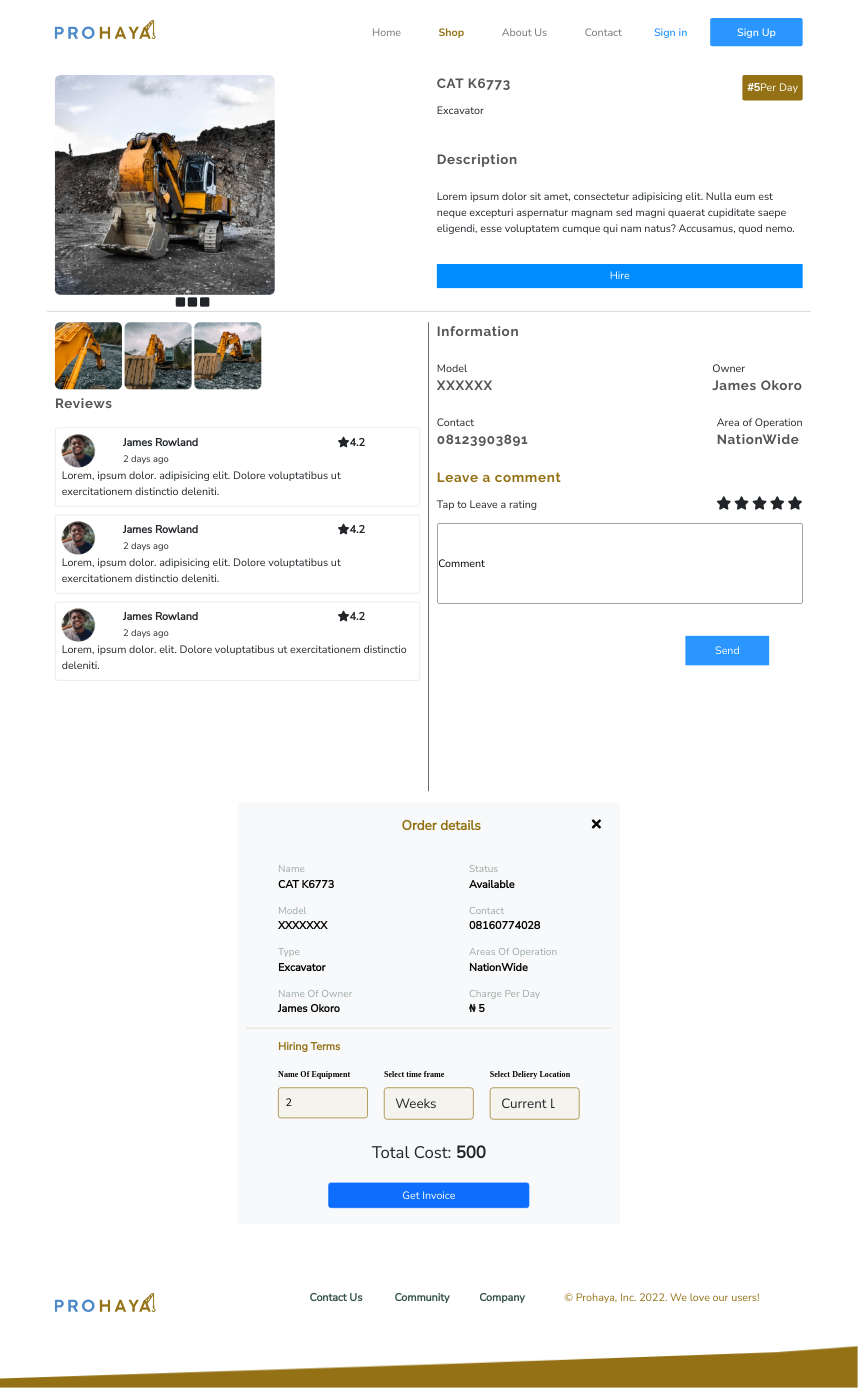
Repository: stormcelltech/Prohaya-UI
Page: equipdetails.html
An editor plug-in stored every save of this project. The page is shown before and after the next save, followed by the edit.
The browser window is 1280 px wide. The pictures show the whole page, at 67% of full size.
Some web libraries are served in a nearby version.

Above is the page before, as saved 2022-04-21 04:30:05.
Console error: TypeError: $(...).owlCarousel is not a function

After the next save:
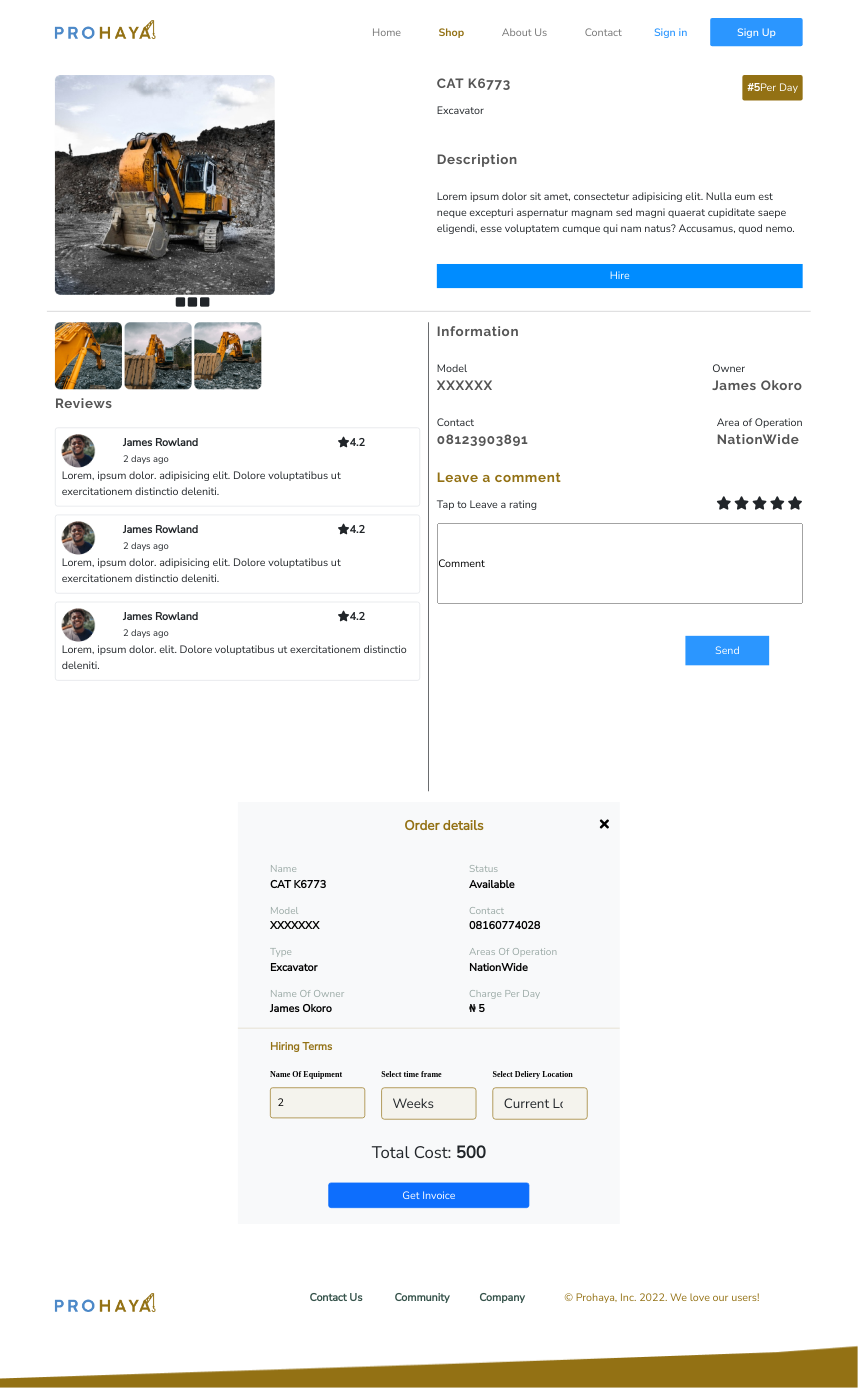
Saved 21 s later.
--- a/equipdetails.html
+++ b/equipdetails.html
@@ -174,7 +174,7 @@
     <section class="">
         <div class="container">
             <div class="row justify-content-center">
-                <div class="col-md-6 bg-light">
+                <div class="col-md-6 bg-light p-0">
                     <div class="row  custom-order px-3">
                         <div class="col-8 my-4"><span class="custom-det my-4">Order details</span></div>
                         <div class="col-4 my-4"><a href="#"><i class="fas fa-xmark custom-xmark "></i></a></div>
